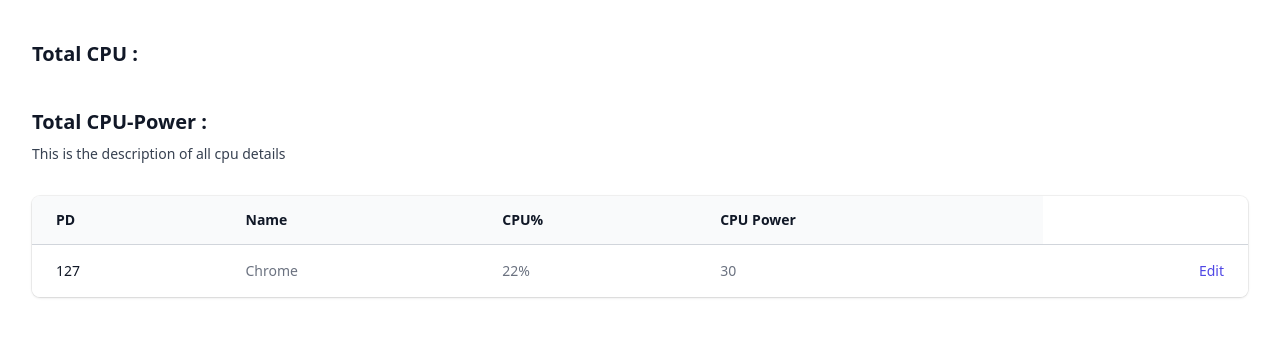
Repository: emorilebo/cpu-reader
Page: /
These files come from the project's save history. The page is drawn as it stood at one moment and after a run of saves; the edit follows.
The browser window is 1280 px wide. The pictures show the whole page.
The project was rebuilt for these pictures with package versions that can differ from the ones it lists, and the page was loaded fresh each time. The framework's server and built-in components were replaced by stand-ins that run in the browser. Also part of the build but not shown: next.config.js, styles/Home.module.css.

Above is the page before, as saved 2023-01-13 12:33:47.

After the next 2 saves:
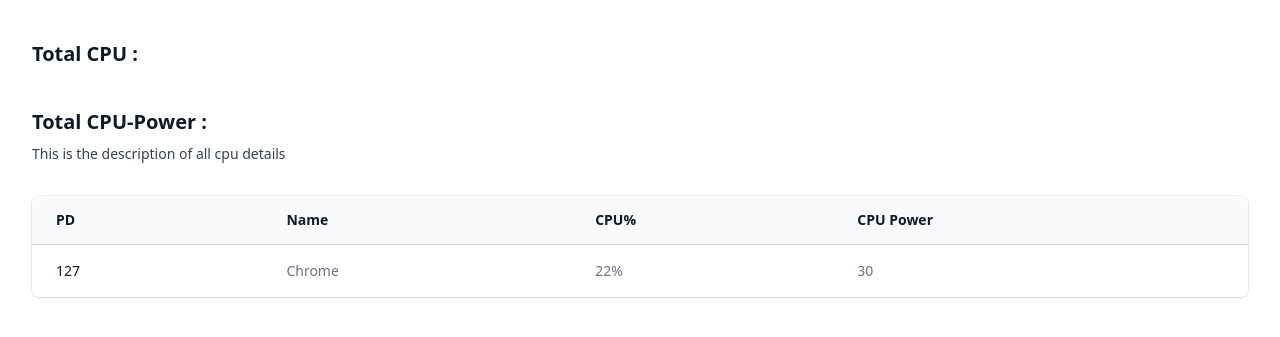
The 2 saves are shown as one change because they came seconds apart.
The last was saved 20 s later.
--- a/components/Tables.jsx
+++ b/components/Tables.jsx
@@ -74,14 +74,6 @@ export default function Tables() {
                       <td className="whitespace-nowrap px-3 py-4 text-sm text-gray-500">
                         {cpu.cpupower}
                       </td>
-                      <td className="relative whitespace-nowrap py-4 pl-3 pr-4 text-right text-sm font-medium sm:pr-6">
-                        <a
-                          href="#"
-                          className="text-indigo-600 hover:text-indigo-900"
-                        >
-                          Edit<span className="sr-only">, {cpu.name}</span>
-                        </a>
-                      </td>
                     </tr>
                   ))}
                 </tbody>
